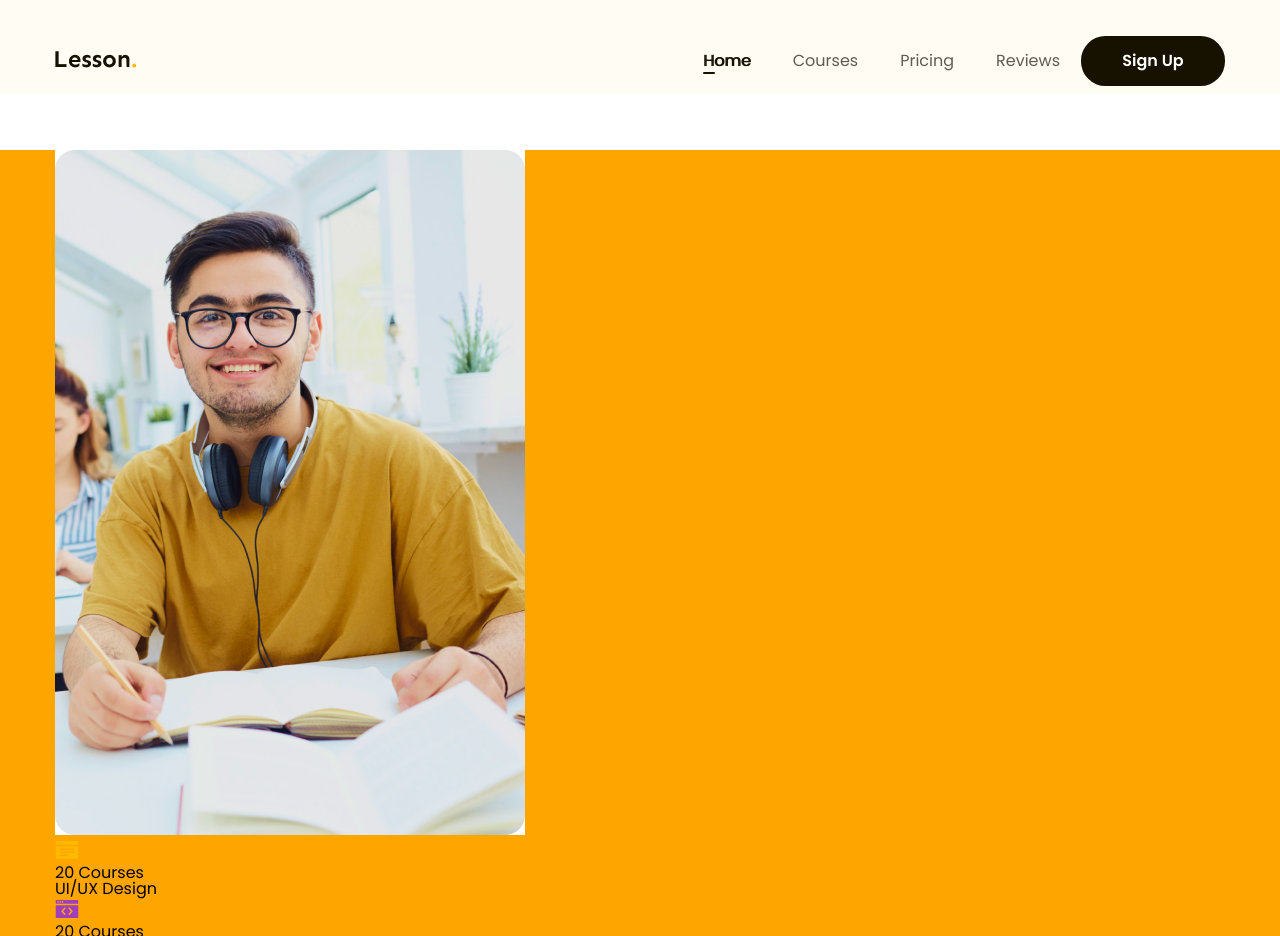
Repository: ynguyen1512/htmlcss-project-02
Page: index.html
An editor plug-in stored every save of this project. The page is shown before and after the next save, followed by the edit.
The browser window is 1280 px wide. The pictures show the part of the page from y = 0 to 936 px (the page is 5000 px tall).
A picture or video elsewhere on the page could not be fetched, so the positions and the page height are approximate.

Above is the page before, as saved 2023-02-20 20:18:10.

After the next save:
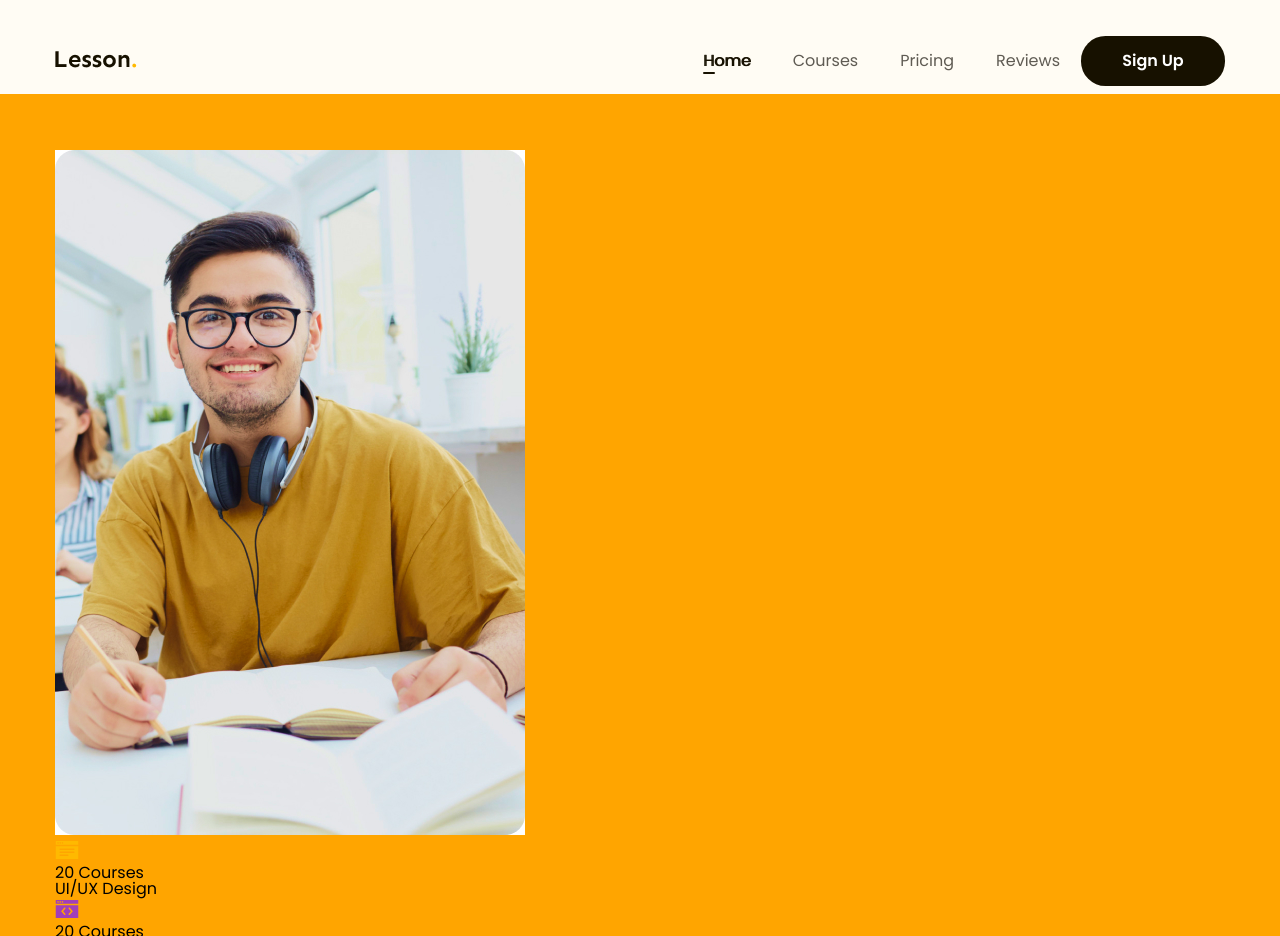
Saved 27 s later.
--- a/assets/css/style.css
+++ b/assets/css/style.css
@@ -96,6 +96,6 @@
 
 /* Hero */
 .hero {
-    margin-top: 56px;
+    padding-top: 56px;
     background-color: orange;
 }
